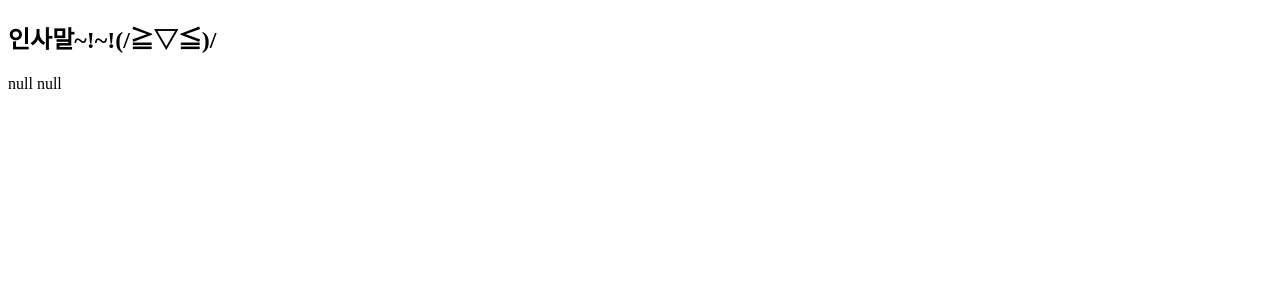
Repository: GTEM0/Acorn-classEdue2-java2-
Page: http://localhost/prj0901/hi
These files come from the project's save history. The page is drawn as it stood at one moment and after the next save; the edit follows.
The browser window is 1280 px wide. The pictures show the whole page.
The page is served by Tomcat 9. Other server files are loaded and not shown.

Above is the page before, as saved 2023-09-01 06:44:26.

### prj0901/src/main/webapp/WEB-INF/views/HiView.jsp
<%@ page language="java" contentType="text/html; charset=UTF-8"
    pageEncoding="UTF-8"%>
<!DOCTYPE html>
<html>
<head>
<meta charset="UTF-8">
<title>Insert title here</title>
</head>
<body>


<h2>인사말~!~!(/≧▽≦)/</h2>

<%
String result = (String)request.getAttribute("m");
out.println(result);
%>

<%= result %>


</body>
</html>

### prj0901/src/main/java/prj0901/HelloServlet.java
package prj0901;

import java.io.IOException;

import javax.servlet.ServletException;
import javax.servlet.annotation.WebServlet;
import javax.servlet.http.HttpServlet;
import javax.servlet.http.HttpServletRequest;
import javax.servlet.http.HttpServletResponse;



// 인사제공하기
// 학생리스트 제공하기 (데이터베이스에서 조회된 결과)
@WebServlet("/hi")
public class HelloServlet extends HttpServlet {

	@Override
	protected void doGet(HttpServletRequest request, HttpServletResponse response) throws ServletException, IOException {

		//모델 Service
		HelloService h = new HelloService();
		String message = h.getMessage();

		//모델심기
		request.setAttribute("msg", message);
		//view로 forward
		request.getRequestDispatcher("WEB-INF/views/HiView.jsp").forward(request, response);



	}
}

### prj0901/src/main/java/prj0901/HelloService.java
package prj0901;

public class HelloService {


	public String getMessage() {
		return "안녕";
	}
}

After the next save:
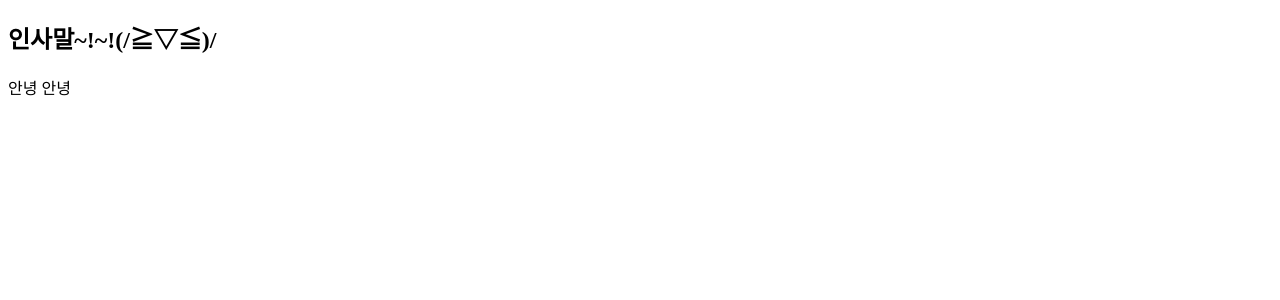
Saved 8 s later.
--- a/prj0901/src/main/webapp/WEB-INF/views/HiView.jsp
+++ b/prj0901/src/main/webapp/WEB-INF/views/HiView.jsp
@@ -12,7 +12,7 @@
 <h2>인사말~!~!(/≧▽≦)/</h2>
 
 <%
-String result = (String)request.getAttribute("m");
+String result = (String)request.getAttribute("msg");
 out.println(result);
 %>
 
